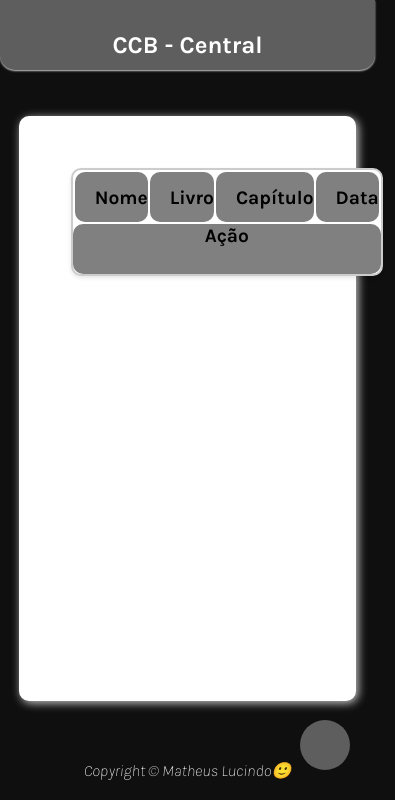
Repository: Matheus904-12/API-da-CCB
Page: index.html
The author's editor kept a copy of each file at every save. The page is drawn from the files as they stood at one save, then again after the next save.
The browser window is 375 px wide. The page is 395 px wide, so the pictures cover 395 px, including what lies to the right of the window. The pictures show the whole page.

Above is the page before, as saved 2024-01-14 01:35:34.

### index.html
<!DOCTYPE html>
<html lang="pt-BR">

<head>
    <meta charset="UTF-8">
    <meta http-equiv="X-UA-Compatible" content="IE=edge">
    <meta name="viewport" content="width=device-width, initial-scale=1.0">
    <link rel="preconnect" href="https://fonts.gstatic.com">
    <link href="https://fonts.googleapis.com/css2?family=Karla:ital,wght@0,400;0,700;1,200;1,800&display=swap"
        rel="stylesheet">
    <link rel="stylesheet" href="principal.css">
    <link rel="stylesheet" href="botao.css">
    <link rel="stylesheet" href="registros.css">
    <link rel="stylesheet" href="modal.css">
    <link rel="stylesheet" href="chat.css">
    <script src="script.js" defer></script>
    <title>CCB - Central</title>
</head>

<body>
    <header>

        <h1 class="header-title">CCB - Central</h1>
    </header>
    <br>
    <br>
    <br>
    <br>
    <main>
        <button type="button" class="button blue mobile" id="cadastrarCliente">Adicionar Recitativo</button>
        <table id="tableClient" class="records">
            <thead>
                <tr>
                    <th>Nome</th>
                    <th>Livro</th>
                    <th>Capítulo</th>
                    <th>Data</th>
                    <th>Ação</th>
                </tr>
            </thead>
            <tbody>

            </tbody>
        </table>
        <div class="modal" id="modal">
            <div class="modal-content">
                <header class="modal-header">
                    <h2>Recitativo</h2>
                    <span class="modal-close" id="modalClose">&#10006;</span>
                </header>
                <form id="form" class="modal-form">


                    <input type="text" id="nome" data-index="new" class="modal-field" placeholder="Nome"
                        required>

                    <input type="text" id="livro" class="modal-field" placeholder="Livro" required>

                    <input type="number" id="capitulo" class="modal-field" placeholder="Capítulo" required>

                    <input type="number" id="versiculo" class="modal-field" placeholder="Versículo" required>

                    <input type="date" id="data" class="modal-field" placeholder="Data" required>

                    <label for="auxiliar">Auxiliar</label>
                        <select id="auxiliar" class="modal-field">
                            <option value="none">Nenhum</option>
                            <option value="aline">Aline Gomes Santos</option>
                            <option value="alfredo">Alfredo Bruske Schuster</option>
                            <option value="alef">Alef Vinicius</option>
                            <option value="jose">José Victor Zeller Gonçalves</option>
                            <option value="jonas">Jonas Amorim Lopes da Silva</option>
                            <option value="loraine">Loraine de Assis Souza</option>
                            <option value="natalia">Natália de Sena Marques</option>
                        </select>


                </form>
                <footer class="modal-footer">
                    <button id="salvar" class="button green">Salvar</button>
                    <button id="cancelar" class="button blue">Cancelar</button>
                </footer>
            </div>
        </div>
    </main>
    <footer>
        Copyright &copy; Matheus Lucindo🙂
    </footer>
</body>

</html>

### principal.css
*{
    padding: 0;
    margin: 0;
    box-sizing: border-box;
}

:root{
    --primary-color: #5e5e5e;
    --secundary-color: #bdbd00;
    --shadow-color: #CCC;
    --text-color: #FFF;
}

body{
    min-height: 100vh;
    display: flex;
    flex-direction: column;
    font-family: 'karla', sans-serif;
    position:relative;
    background-color: #0f0f0f;
}

header{
    background-color: var(--primary-color);
    height: 70px;
    text-align: center;
    line-height: 70px;
    box-shadow: 0 1px 2px var(--shadow-color);
    border-radius: 0px 0px 15px 15px;
}

.header-title{
    color: white;
    font-size: 2rem;
}

main{
    flex-grow: 1;
    display: flex;
    flex-direction: column;
    align-items: flex-start;
    width: 90%;
    margin: 5vh auto;
    padding: 50px;
    box-shadow: 2px 2px 10px var(--shadow-color);
    gap: 20px;
    border-radius: 10px;
    background-color: #ffffff;
}

main, th {
}

footer{
    width:100;
    text-align: center;
    font-weight: 200;
    font-style: italic;
    padding: 20px;
    color: white;
}

### botao.css
.button{
    border-style: none;
    height: 40px;
    padding: 6px 12px;
    background-color: black;
    color: white;
    font-size: 1rem;
    cursor: pointer;
    transition: box-shadow .6s ease;
    border-radius: 10px;
}

.button.blue{
    background-color: #bdbd00;
}

button.green{
    background-color: #13CE66;
}

button.red{
    background-color: #FF4949;
}

.button:hover{
    box-shadow: inset 200px 0 0 #00000055;
}

/* Estilização da barra de rolagem */
::-webkit-scrollbar {
    width: 12px; /* Largura da barra de rolagem */
    border-radius: 10px;
}

::-webkit-scrollbar-thumb {
    background-color: #dbc834; /* Cor do polegar da barra de rolagem */
    border-radius: 100px; /* Borda do polegar da barra de rolagem */
}

::-webkit-scrollbar-track {
    display: none;
}

::-webkit-scrollbar-thumb:hover {
    background-color: #bdbd00; /* Cor do polegar da barra de rolagem ao passar o mouse sobre ele */
}

### registros.css
.records{
    width: 100%;
    user-select: none;
    text-align: left;
}

.records th{
    height: 50px;
    background-color:gray;
    padding-left: 20px;
    font-size: 1.2rem;
    border-radius: 10px;
}
.records td{
    height: 50px;
    padding-left: 20px;
    border-radius: 10px;
}

.records th:last-child,
.records td:last-child{
    padding: 0;
    min-width: 140px;
    text-align: center;
}

.records tr:hover{
    background-color: var(--secundary-color);
}

.records tr {
    border-radius: 10px;
}

### modal.css
.modal{
    position: fixed;
    top:0;
    left:0;
    width: 100%;
    height: 100%;
    background: #00000090;
    opacity: 0;
    z-index: -1;
}

.modal.active{
    opacity: 1;
    z-index: 1;
}

.modal-content{
    display: flex;
    flex-direction: column;
    gap:20px;
    width: 50vw;
    margin: 15vh auto;
    padding-bottom: 20px;
    background-color: white;
    box-shadow: 1px 1px 10px black;
    border-radius: 15px;
}

.modal-header{
    display: flex;
    position: relative;
    justify-content: center;
    height: 40px;
    line-height: 40px;
    font-size: 1rem;
    border-radius: 10px;
}

.modal-header, #h2 {
    color: white
}

.modal-close{
    position: absolute;
    right: 0;
    display: block;
    width: 40px;
    height: 40px;
    text-align: center;
    user-select: none;
    cursor: pointer;
    border-radius: 10px;
}

.modal-close:hover{
    background-color: #FF4949;
    color: white;
}

.modal-form{
    display: flex;
    justify-content: space-between;
    flex-wrap: wrap;
    gap: 20px;
    padding: 0 20px;
}

.modal-field{
    width: calc(50% - 10px);
    height: 40px;
    outline-style: none;
    border-style: none;
    box-shadow: 0 0 2px black;
    padding: 0 10px;
    font-size:1rem;
    border-radius: 10px;
}

.modal-field:focus{
    border: 2px solid var(--primary-color);
    box-shadow: 0 0 3px var(--primary-color);
}


.modal-footer{
    background-color: inherit;
    text-align: right;
    padding: 0 20px;
}

### chat.css
@media (max-width: 480px) {
    header {
        position: fixed;
        width: 100%;
        background-color: var(--primary-color);
        z-index: 1000;
    }

    .header-title {
        font-size: 1.5rem;
        color: white;
        padding: 10px;
        text-align: center;
    }

    .button.mobile {
        font-size: 0;
        width: 50px;
        height: 50px;
        border-radius: 50%;
        position: fixed;
        top: 90vh;
        left: 80vw;
        background-color: var(--primary-color);
        border: none;
        display: flex;
        align-items: center;
        justify-content: center;
        z-index: 1001;
    }

    .button.mobile img {
        width: 60%;
        height: 60%;
        filter: invert(1);
    }

    .records th.mobile,
    .records td.mobile {
        display: none;
    }

    .records tr {
        border-radius: 10px;
        display: block;
        margin-bottom: 20px;
        border: 2px solid #ccc;
        background-color: white;
        box-shadow: 0 2px 4px rgba(0, 0, 0, 0.1);
        padding: 0px;
        margin-right: 10px;
    }

    .records td {
        display: flex;
        flex-wrap: wrap;
        justify-content: space-between;
        margin: 10px 0;
    }

    .records th:last-child,
    .records td:last-child {
        padding: 0;
        min-width: 140px;
        text-align: center;
        display: block;
        margin: 0 auto;
    }

    .modal {
        top: 100%;
        transition: all 1s ease;
        background-color: rgba(0, 0, 0, 0.5);
        display: flex;
        align-items: center;
        justify-content: center;
    }

    .modal.active {
        top: 0;
    }

    .modal-content {
        margin: 0;
        width: 90%;
        max-width: 400px;
        background-color: white;
        box-shadow: 0 2px 4px rgba(0, 0, 0, 0.1);
        border-radius: 10px;
        padding: 20px;
        position: relative;
    }

    .modal-field {
        width: 100%;
        margin-bottom: 15px;
        padding: 10px;
        border: 1px solid #ccc;
        border-radius: 5px;
        box-sizing: border-box;
    }
}

### script.js
'use strict'

const openModal = () => document.getElementById('modal')
    .classList.add('active')

const closeModal = () => {
    clearFields()
    document.getElementById('modal').classList.remove('active')
}


const getLocalStorage = () => JSON.parse(localStorage.getItem('db_client')) ?? []
const setLocalStorage = (dbClient) => localStorage.setItem("db_client", JSON.stringify(dbClient))

// CRUD - create read update delete
const deleteClient = (index) => {
    const dbClient = readClient()
    dbClient.splice(index, 1)
    setLocalStorage(dbClient)
}

const updateClient = (index, client) => {
    const dbClient = readClient()
    dbClient[index] = client
    setLocalStorage(dbClient)
}

const readClient = () => getLocalStorage()

const createClient = (client) => {
    const dbClient = getLocalStorage()
    dbClient.push (client)
    setLocalStorage(dbClient)
}

const isValidFields = () => {
    return document.getElementById('form').reportValidity()
}

//Interação com o layout

const clearFields = () => {
    const fields = document.querySelectorAll('.modal-field')
    fields.forEach(field => field.value = "")
    document.getElementById('nome').dataset.index = 'new'
    document.querySelector(".modal-header>h2").textContent  = 'Novo Versículo'
}

const saveClient = () => {
    if (isValidFields()) {
        const client = {
            auxiliar: document.getElementById('auxiliar').value,
            nome: document.getElementById('nome').value,
            livro: document.getElementById('livro').value,
            capitulo: document.getElementById('capitulo').value,
            versiculo: document.getElementById('versiculo').value,
            data: document.getElementById('data').value
        }
        const index = document.getElementById('nome').dataset.index;
        if (index == 'new') {
            createClient(client);
            updateTable();
            closeModal();
        } else {
            updateClient(index, client);
            updateTable();
            closeModal();
        }
    }
}

const createRow = (client, index) => {
    const newRow = document.createElement('tr')
    newRow.innerHTML = `

        <td>${client.nome}</td>
        <td>${client.livro}</td>
        <td>${client.capitulo}</td>
        <td>${client.data}</td>
        <td>
            <button type="button" class="button green" id="edit-${index}">Editar</button>
            <button type="button" class="button red" id="delete-${index}" >Excluir</button>
        </td>
    `
    document.querySelector('#tableClient>tbody').appendChild(newRow)
}

const clearTable = () => {
    const rows = document.querySelectorAll('#tableClient>tbody tr')
    rows.forEach(row => row.parentNode.removeChild(row))
}

const updateTable = () => {
    const dbClient = readClient()
    clearTable()
    dbClient.forEach(createRow)
}

const fillFields = (client) => {
    document.getElementById('auxiliar').value = client.auxiliar
    document.getElementById('nome').value = client.nome
    document.getElementById('livro').value = client.livro
    document.getElementById('capitulo').value = client.capitulo
    document.getElementById('versiculo').value = client.versiculo
    document.getElementById('data').value = client.data
    document.getElementById('nome').dataset.index = client.index
}

const editClient = (index) => {
    const client = readClient()[index]
    client.index = index
    fillFields(client)
    document.querySelector(".modal-header>h2").textContent  = `Editando ${client.nome}`
    openModal()
}

const editDelete = (event) => {
    if (event.target.type == 'button') {

        const [action, index] = event.target.id.split('-')

        if (action == 'edit') {
            editClient(index)
        } else {
            const client = readClient()[index]
            const response = confirm(`Deseja realmente excluir o cliente ${client.nome}`)
            if (response) {
                deleteClient(index)
                updateTable()
            }
        }
    }
}

updateTable()

// Eventos
document.getElementById('cadastrarCliente')
    .addEventListener('click', openModal)

document.getElementById('modalClose')
    .addEventListener('click', closeModal)

document.getElementById('salvar')
    .addEventListener('click', saveClient)

document.querySelector('#tableClient>tbody')
    .addEventListener('click', editDelete)

document.getElementById('cancelar')
    .addEventListener('click', closeModal)

After the next save:
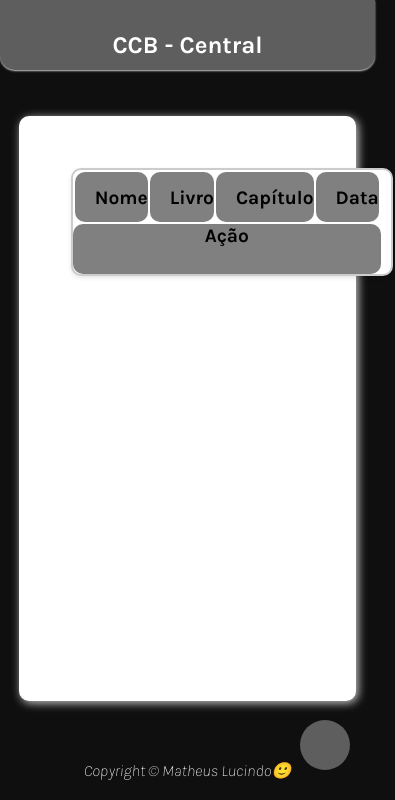
Saved 21 s later.
--- a/chat.css
+++ b/chat.css
@@ -48,7 +48,7 @@
         background-color: white;
         box-shadow: 0 2px 4px rgba(0, 0, 0, 0.1);
         padding: 0px;
-        margin-right: 10px;
+        padding-right: 10px;
     }
 
     .records td {
